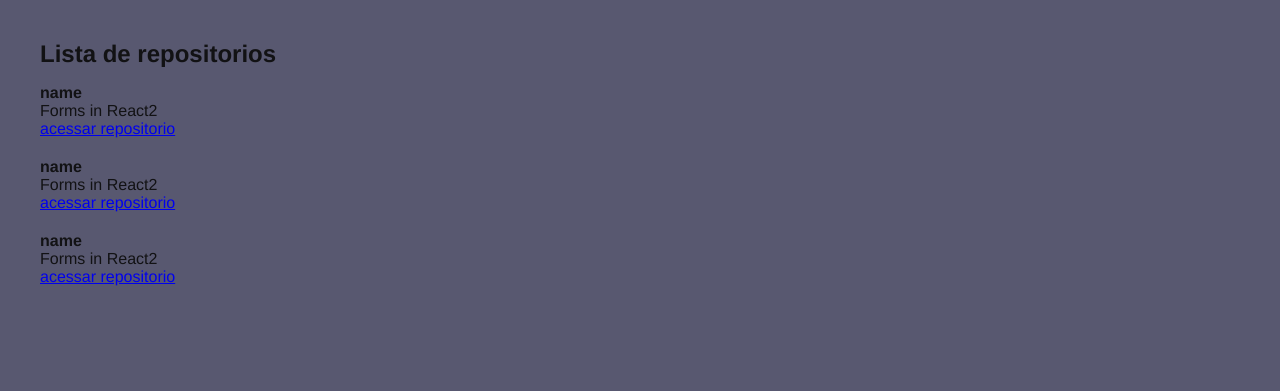
Repository: niltonmalves/01-githug-explorer
Page: /
These files come from the project's save history. The page is drawn as it stood at one moment and after the next save; the edit follows.
The browser window is 1280 px wide. The pictures show the whole page.
The project was rebuilt for these pictures with package versions that can differ from the ones it lists, and the page was loaded fresh each time. Also part of the build but not shown: webpack.config.js, src/components/Counter.jsx.

Above is the page before, as saved 2022-01-06 18:47:25.

After the next save:
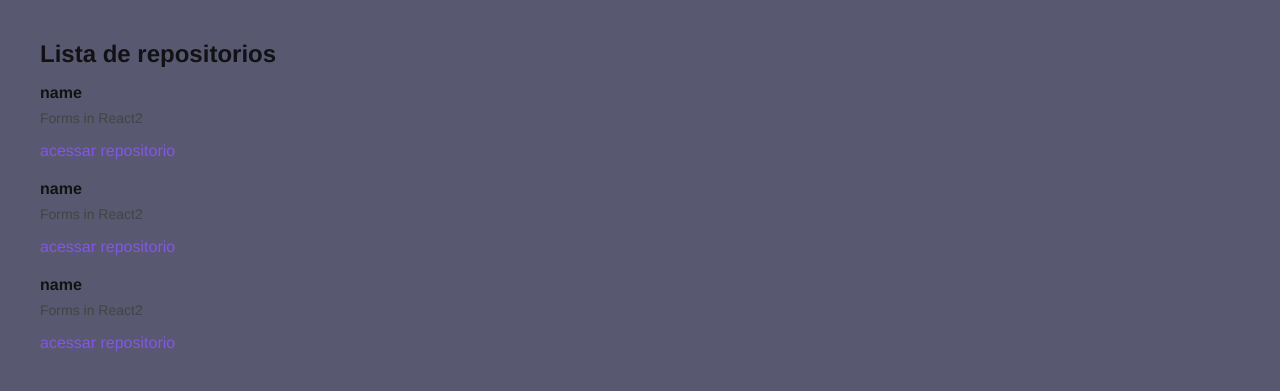
Saved 2 min 41 s later.
--- a/src/styles/repositories.scss
+++ b/src/styles/repositories.scss
@@ -9,6 +9,17 @@ section.repository-list {
             & + li {
                 margin-top: 20px;
             }
+            p {
+                font-size: 14px;
+                color: #444;
+                margin-top: 8px;
+            }
+            a {
+                display: inline-block;
+                margin-top: 16px;
+                text-decoration: none;
+                color: #8257e6;
+            }
         }
 
     }
